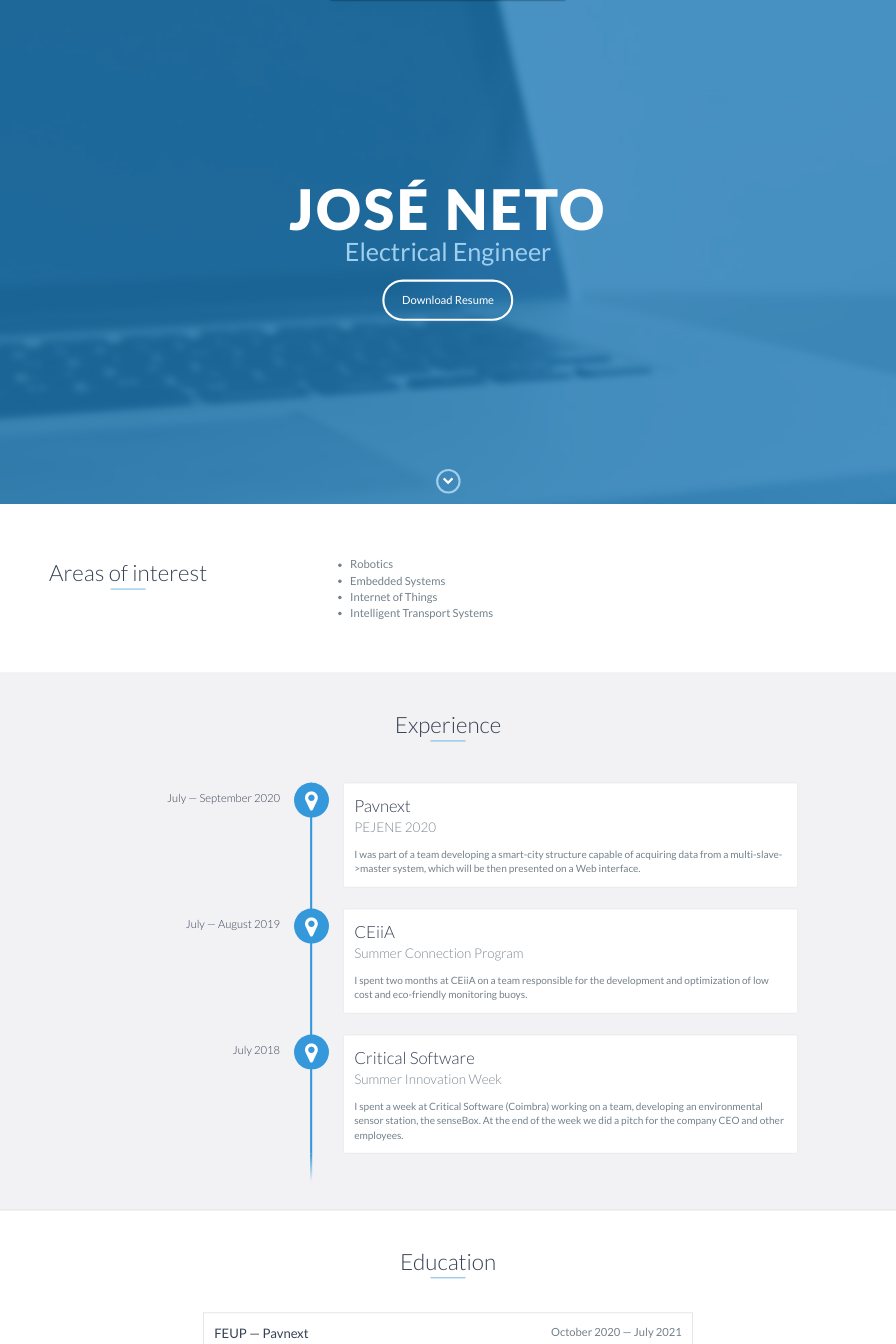
Repository: josegneto/josegneto.github.io
Page: index.html
The author's editor kept a copy of each file at every save. The page is drawn from the files as they stood at one save, then again after the next save.
The browser window is 1280 px wide. The pictures show the part of the page from y = 0 to 1920 px (the page is 2831 px tall), at 70% of full size.

Above is the page before, as saved 2021-11-30 11:47:06.

After the next save:
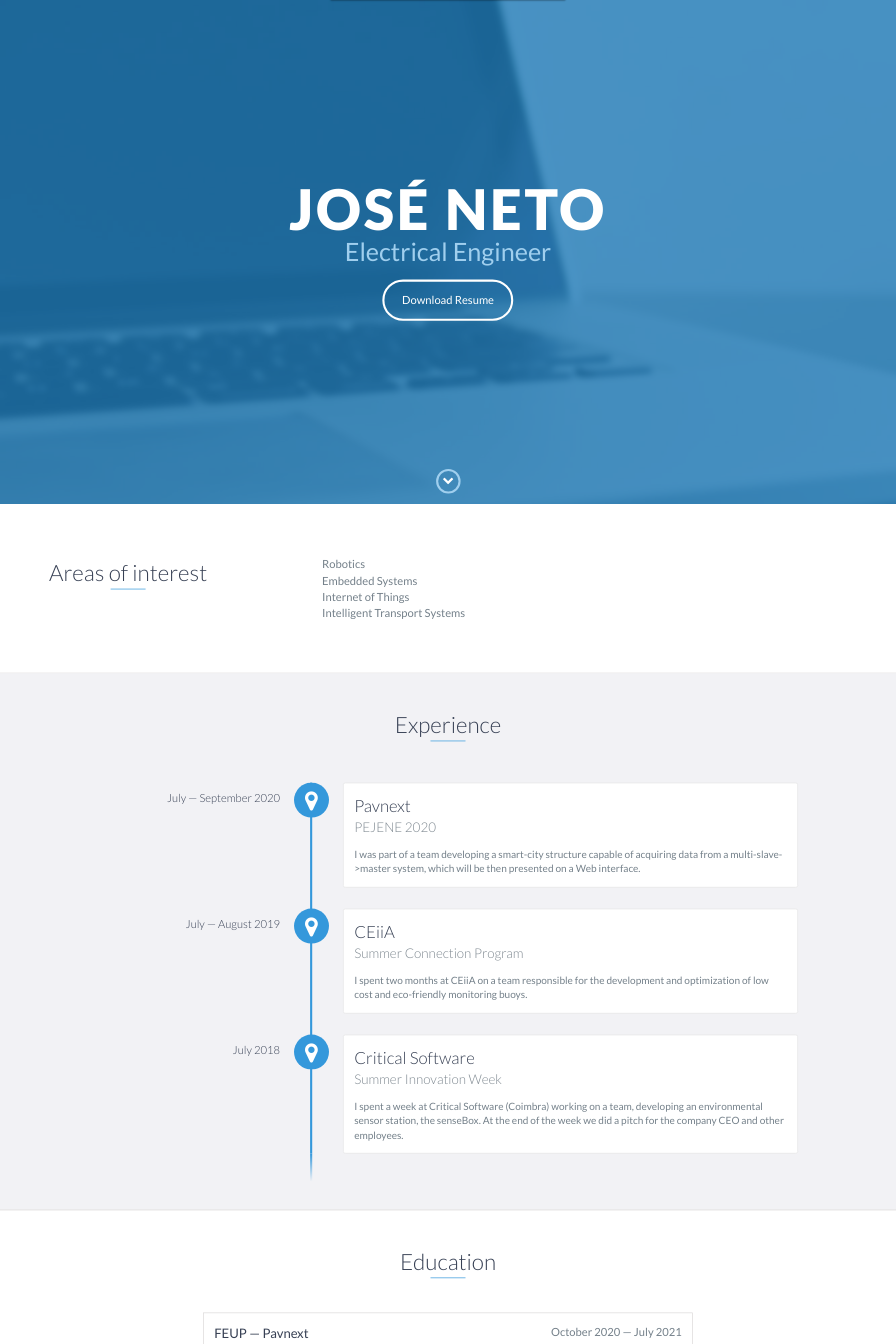
Saved 16 s later.
--- a/index.html
+++ b/index.html
@@ -72,12 +72,10 @@
                     <h2 class="heading">Areas of interest</h2>
                 </div>
                 <div class="col-md-8">
-                    <ul>
-                        <li>Robotics</li>
-                        <li>Embedded Systems</li>
-                        <li>Internet of Things</li>
-                        <li>Intelligent Transport Systems</li>
-                    </ul>
+                        <p>Robotics</p>
+                        <p>Embedded Systems</p>
+                        <p>Internet of Things</p>
+                        <p>Intelligent Transport Systems</p>
                 </div>
             </div>
         </div>
